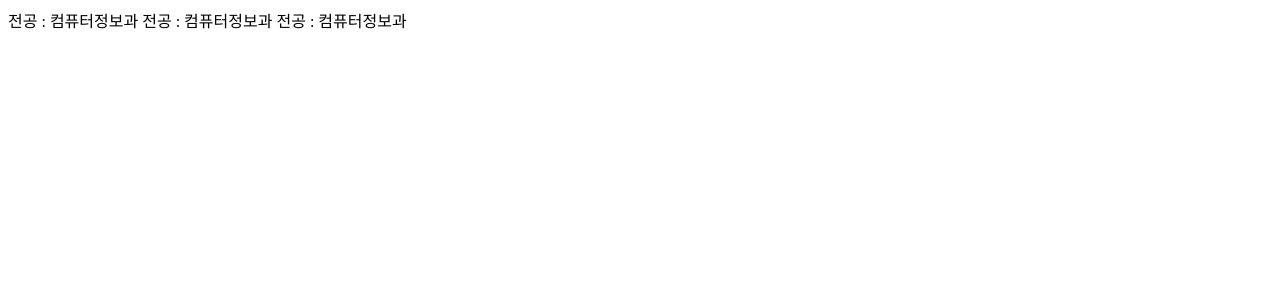
Repository: Ddongdun/Inhatc
Page: week1/src/main/webapp/202244112.html
These files come from the project's save history. The page is drawn as it stood at one moment and after the next save; the edit follows.
The browser window is 1280 px wide. The pictures show the whole page.

Above is the page before, as saved 2023-08-31 03:08:13.

### week1/src/main/webapp/202244112.html
<!DOCTYPE html>
<html>
<head>
<meta charset="UTF-8">
<title>Insert title here</title>
</head>
<body>
	<a>전공 : 컴퓨터정보과</a>
	<a>전공 : 컴퓨터정보과</a>
	<a>전공 : 컴퓨터정보과</a>
</body>
</html>

After the next save:
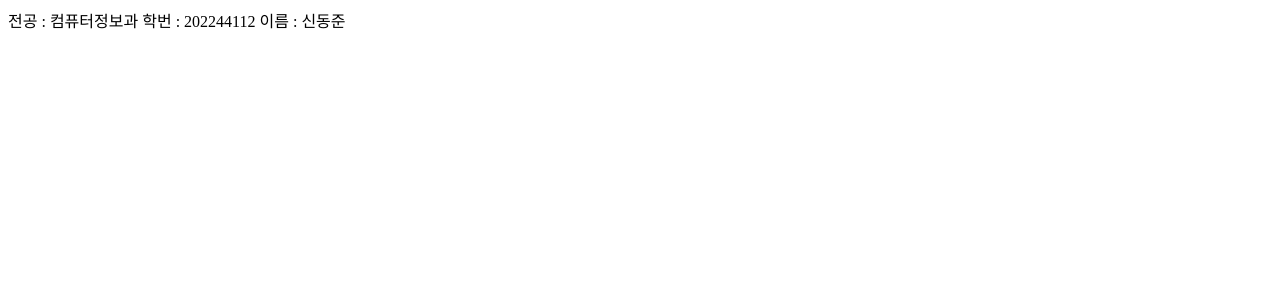
Saved 14 s later.
--- a/week1/src/main/webapp/202244112.html
+++ b/week1/src/main/webapp/202244112.html
@@ -6,7 +6,7 @@
 </head>
 <body>
 	<a>전공 : 컴퓨터정보과</a>
-	<a>전공 : 컴퓨터정보과</a>
-	<a>전공 : 컴퓨터정보과</a>
+	<a>학번 : 202244112</a>
+	<a>이름 : 신동준</a>
 </body>
 </html>
